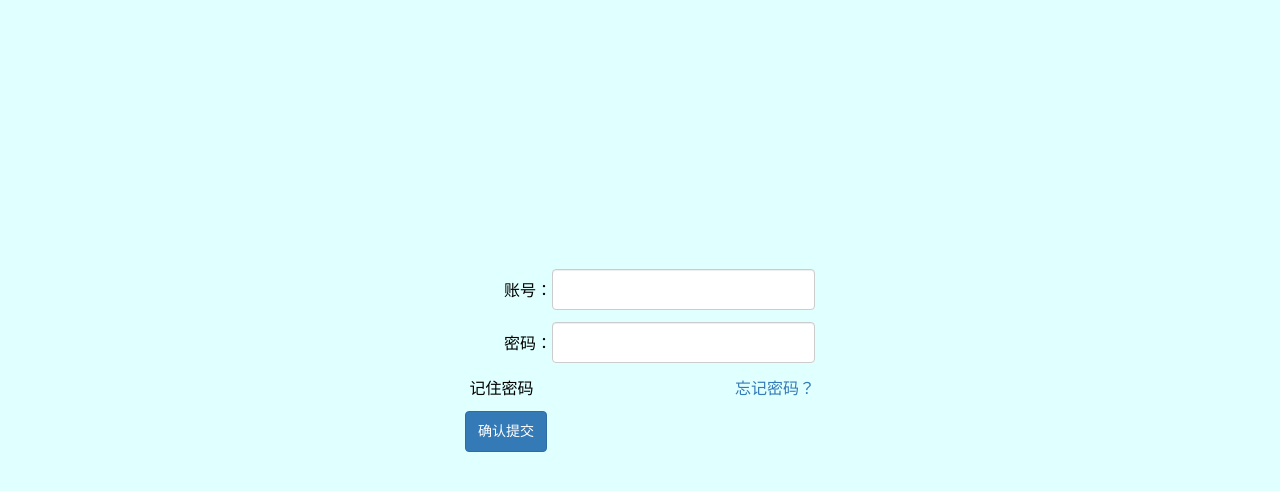
Repository: DeeFromChina/wechat
Page: http://localhost/wechat/jsp/login/login.jsp
An editor plug-in stored every save of this project. The page is shown before and after the next save, followed by the edit.
The browser window is 1280 px wide. The pictures show the whole page.
The page is served by Tomcat 9.

Above is the page before, as saved 2018-02-12 07:29:28.

After the next save:
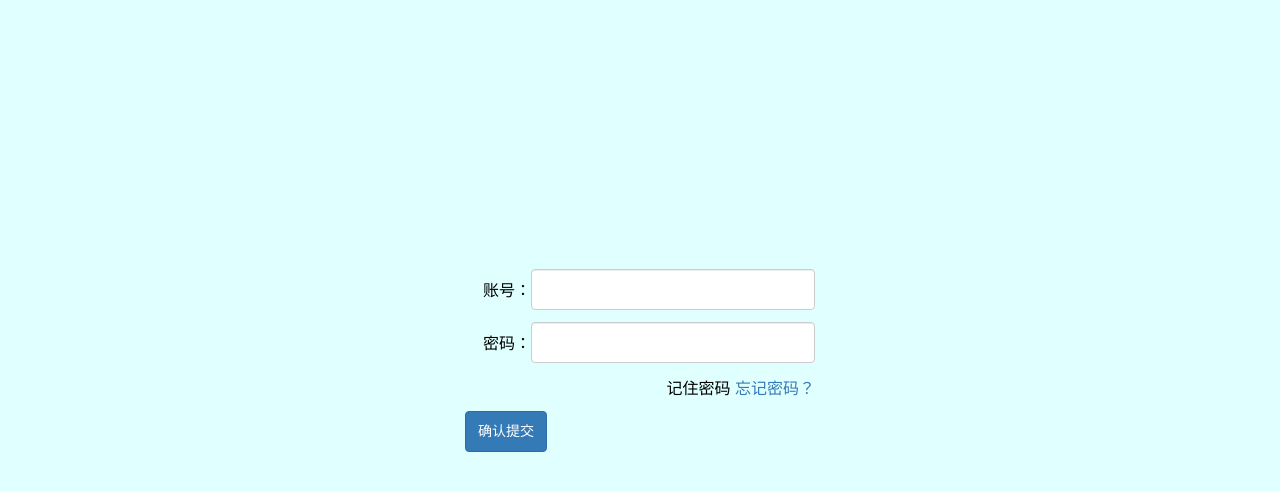
Saved 41 s later.
--- a/wechat/web/jsp/login/login.jsp
+++ b/wechat/web/jsp/login/login.jsp
@@ -34,12 +34,12 @@
 				</td>
 			</tr>
 			<tr>
-				<td class="textL">
+				<td/>
+				<td class="textR paddingRight19">
+					<div>
 					<input type="hidden" id="remeberId" value="1" />
 					<img id="remeber" class="remeberImg" onclick="changeRemeber()" />
 					<font class="font-14 color9A9A9A">记住密码</font>
-				</td>
-				<td class="textR paddingRight19">
 					<a onclick="" class="font-14 color00B38A hand">
 						忘记密码？
 					</a>
